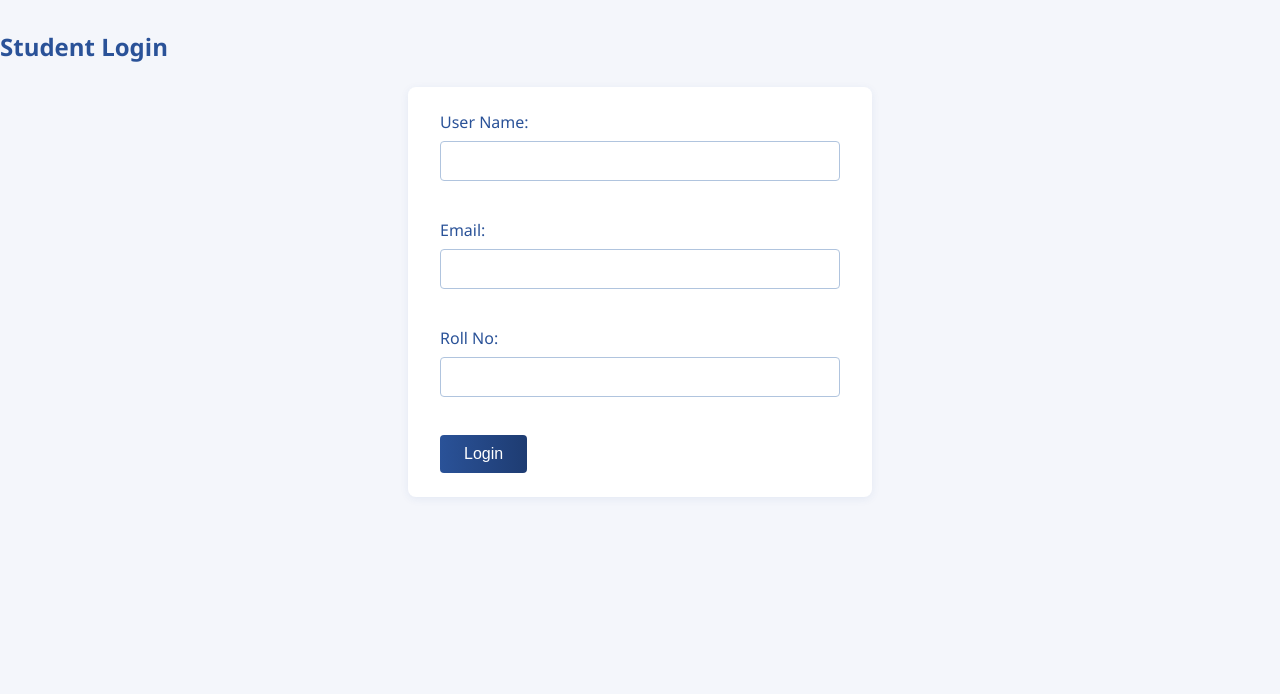
Repository: Santhosh-Sks/Academic-FullStack-Lab
Page: LAB-2/public/login.html
An editor plug-in stored every save of this project. The page is shown before and after the next save, followed by the edit.
The browser window is 1280 px wide. The pictures show the whole page.

Above is the page before, as saved 2025-07-04 19:36:41.

### LAB-2/public/login.html
<!DOCTYPE html>
<html lang="en">
<head>
    <meta charset="UTF-8">
    <title>Student Login</title>
    <link rel="stylesheet" href="/style.css">
</head>
<body>
    <h2>Student Login</h2>
    <form action="/login" method="POST">
        <label>User Name:</label><br>
        <input type="text" name="username" required><br><br>

        <label>Email:</label><br>
        <input type="email" name="email" required><br><br>

        <label>Roll No:</label><br>
        <input type="text" name="rollno" required><br><br>

        <button type="submit">Login</button>
    </form>
</body>
</html>

### LAB-2/public/style.css
body {
    font-family: 'Segoe UI', Arial, sans-serif;
    background: #f4f6fb;
    color: #222;
    margin: 0;
    padding: 0;
}

h2 {
    color: #2a5298;
    margin-top: 30px;
}

form {
    background: #fff;
    padding: 24px 32px;
    border-radius: 8px;
    box-shadow: 0 2px 8px rgba(42,82,152,0.08);
    max-width: 400px;
    margin: 24px auto;
}

label {
    font-weight: 500;
    color: #2a5298;
}

input[type="text"], input[type="email"] {
    width: 100%;
    padding: 10px;
    margin: 8px 0 16px 0;
    border: 1px solid #b0c4de;
    border-radius: 4px;
    box-sizing: border-box;
    font-size: 1em;
}

button {
    background: linear-gradient(90deg, #2a5298 0%, #1e3c72 100%);
    color: #fff;
    border: none;
    padding: 10px 24px;
    border-radius: 4px;
    font-size: 1em;
    cursor: pointer;
    transition: background 0.2s;
}

button:hover {
    background: linear-gradient(90deg, #1e3c72 0%, #2a5298 100%);
}

ul {
    max-width: 500px;
    margin: 24px auto;
    padding: 0;
    list-style: none;
}

li {
    background: #fff;
    margin-bottom: 12px;
    padding: 16px;
    border-radius: 6px;
    box-shadow: 0 1px 4px rgba(42,82,152,0.06);
    font-size: 1.1em;
}

a {
    color: #2a5298;
    text-decoration: none;
    font-weight: 500;
}
a:hover {
    text-decoration: underline;
}

p {
    text-align: center;
}

After the next save:
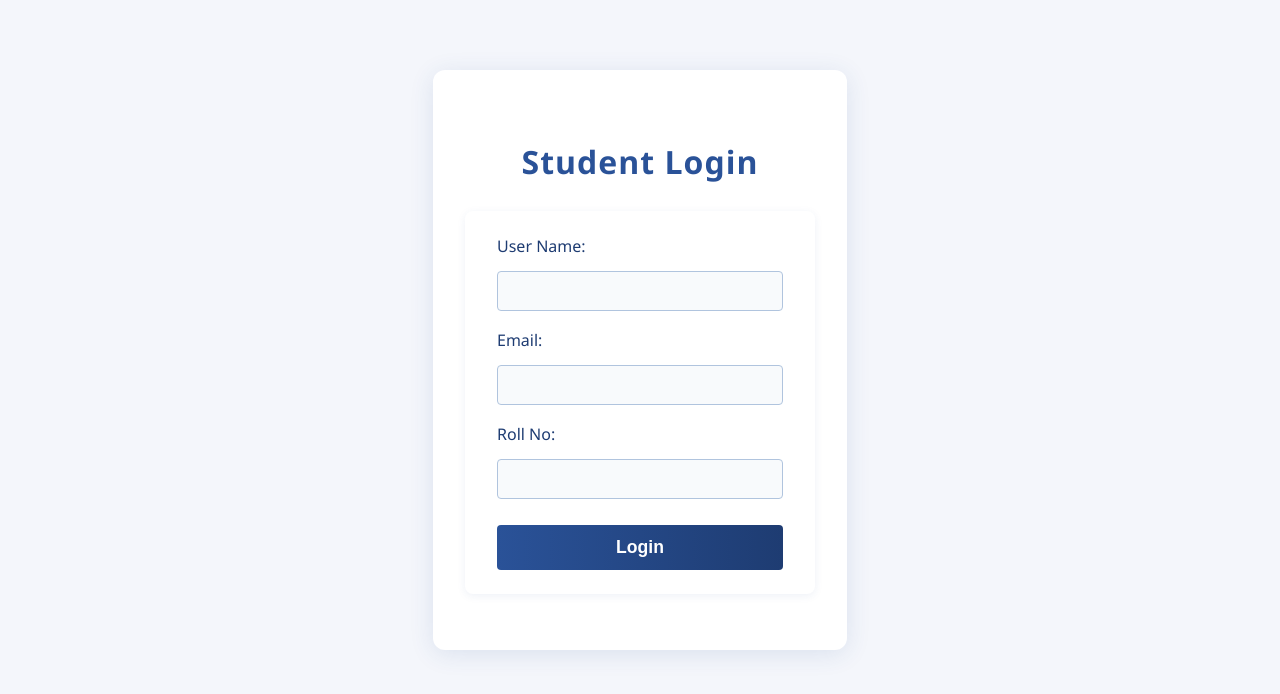
Saved 102 s later.
--- a/LAB-2/public/login.html
+++ b/LAB-2/public/login.html
@@ -4,20 +4,84 @@
     <meta charset="UTF-8">
     <title>Student Login</title>
     <link rel="stylesheet" href="/style.css">
+    <style>
+        body {
+            background: #f4f6fb;
+            min-height: 100vh;
+            display: flex;
+            align-items: center;
+            justify-content: center;
+        }
+        .login-container {
+            background: #fff;
+            padding: 40px 32px 32px 32px;
+            border-radius: 12px;
+            box-shadow: 0 4px 24px rgba(42,82,152,0.12);
+            max-width: 350px;
+            width: 100%;
+            margin: 0 auto;
+        }
+        h2 {
+            text-align: center;
+            color: #2a5298;
+            margin-bottom: 28px;
+            font-size: 2em;
+            font-weight: 700;
+            letter-spacing: 1px;
+        }
+        label {
+            color: #1e3c72;
+            font-weight: 500;
+            margin-bottom: 6px;
+            display: block;
+        }
+        input[type="text"], input[type="email"] {
+            width: 100%;
+            padding: 10px;
+            margin-bottom: 18px;
+            border: 1px solid #b0c4de;
+            border-radius: 4px;
+            font-size: 1em;
+            background: #f8fafc;
+            transition: border 0.2s;
+        }
+        input[type="text"]:focus, input[type="email"]:focus {
+            border: 1.5px solid #2a5298;
+            outline: none;
+        }
+        button {
+            width: 100%;
+            background: linear-gradient(90deg, #2a5298 0%, #1e3c72 100%);
+            color: #fff;
+            border: none;
+            padding: 12px 0;
+            border-radius: 4px;
+            font-size: 1.1em;
+            font-weight: 600;
+            cursor: pointer;
+            transition: background 0.2s;
+            margin-top: 8px;
+        }
+        button:hover {
+            background: linear-gradient(90deg, #1e3c72 0%, #2a5298 100%);
+        }
+    </style>
 </head>
 <body>
-    <h2>Student Login</h2>
-    <form action="/login" method="POST">
-        <label>User Name:</label><br>
-        <input type="text" name="username" required><br><br>
+    <div class="login-container">
+        <h2>Student Login</h2>
+        <form action="/login" method="POST">
+            <label>User Name:</label>
+            <input type="text" name="username" required>
 
-        <label>Email:</label><br>
-        <input type="email" name="email" required><br><br>
+            <label>Email:</label>
+            <input type="email" name="email" required>
 
-        <label>Roll No:</label><br>
-        <input type="text" name="rollno" required><br><br>
+            <label>Roll No:</label>
+            <input type="text" name="rollno" required>
 
-        <button type="submit">Login</button>
-    </form>
+            <button type="submit">Login</button>
+        </form>
+    </div>
 </body>
 </html>
